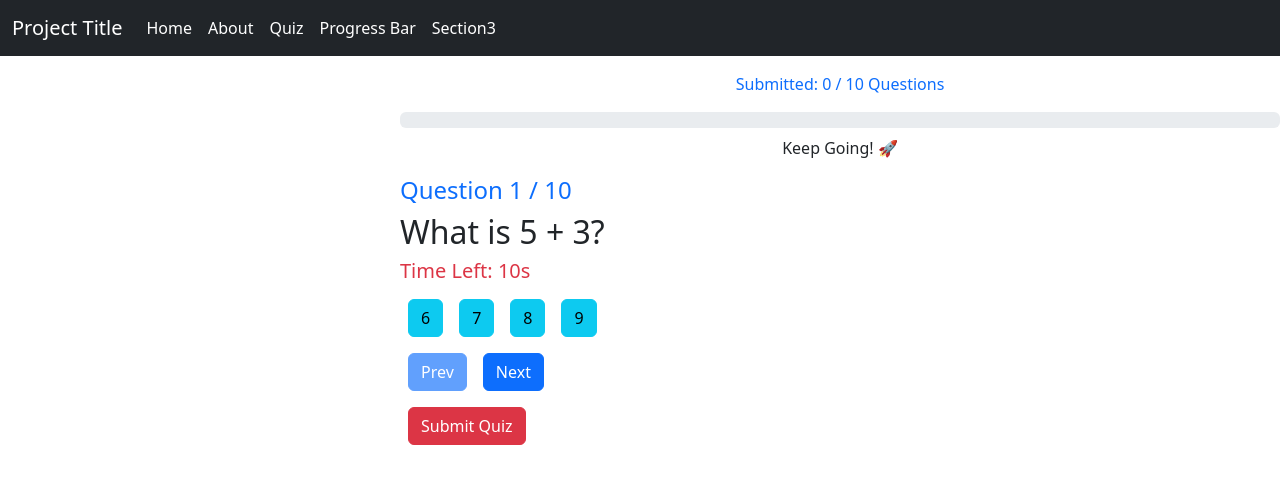
Repository: rahul-chakradhari/devquest
Page: /quiz (app in project/)
These files come from the project's save history. The page is drawn as it stood at one moment and after the next save; the edit follows.
The browser window is 1280 px wide. The pictures show the whole page.
The project was rebuilt for these pictures with package versions that can differ from the ones it lists, and the page was loaded fresh each time. Also part of the build but not shown: project/vite.config.js, project/src/components/Home.jsx, project/src/components/About.jsx, project/src/components/Section3.jsx, project/src/index.css.

Above is the page before, as saved 2025-02-23 15:51:13.

After the next save:
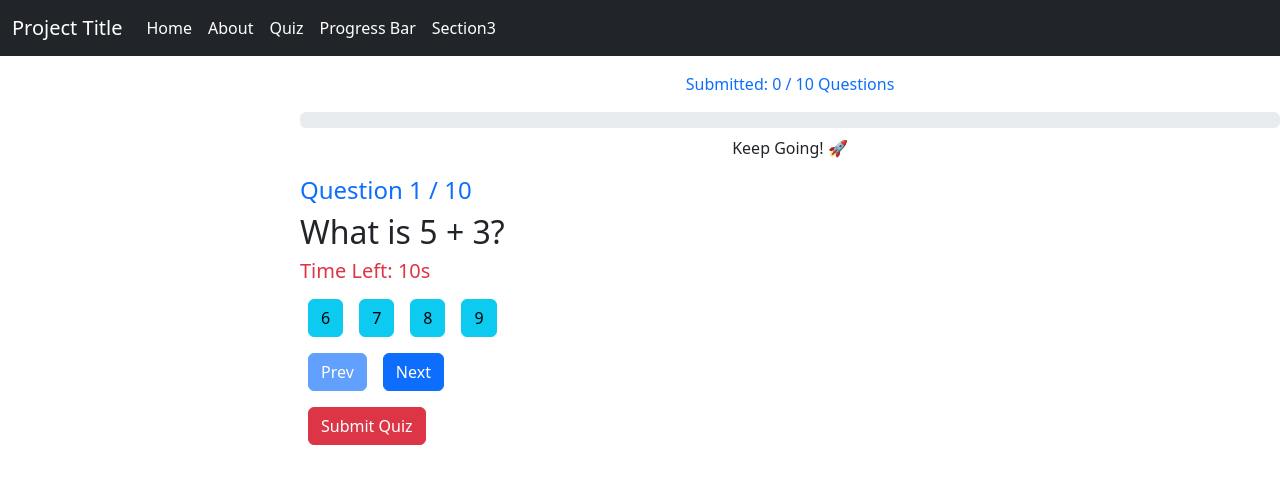
Saved 11 s later.
--- a/project/src/App.css
+++ b/project/src/App.css
@@ -22,7 +22,7 @@
 }
 
 .quiz-container {
-  margin-left: 400px;
+  margin-left: 300px;
   margin-top: 12px;
 }
 .about {
